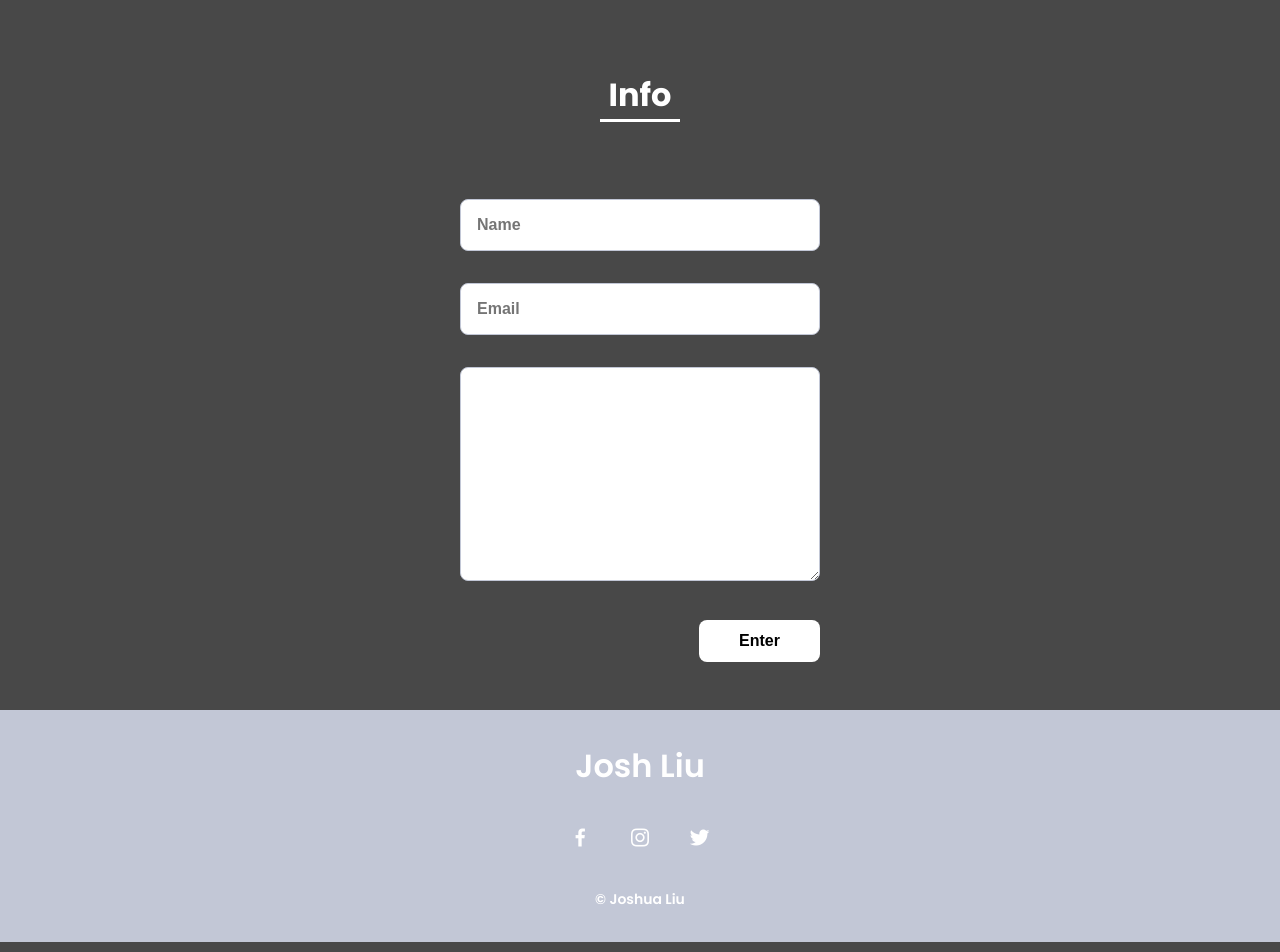
Repository: joshliu14/joshliu14.github.io
Page: index.html
The author's editor kept a copy of each file at every save. The page is drawn from the files as they stood at one save, then again after the next save.
The browser window is 1280 px wide. The pictures show the part of the page from y = 2566 to 3518 px (the page is 3518 px tall).
A picture or video elsewhere on the page could not be fetched, so the positions and the page height are approximate.

Above is the page before, as saved 2024-01-31 23:21:43.

After the next save:
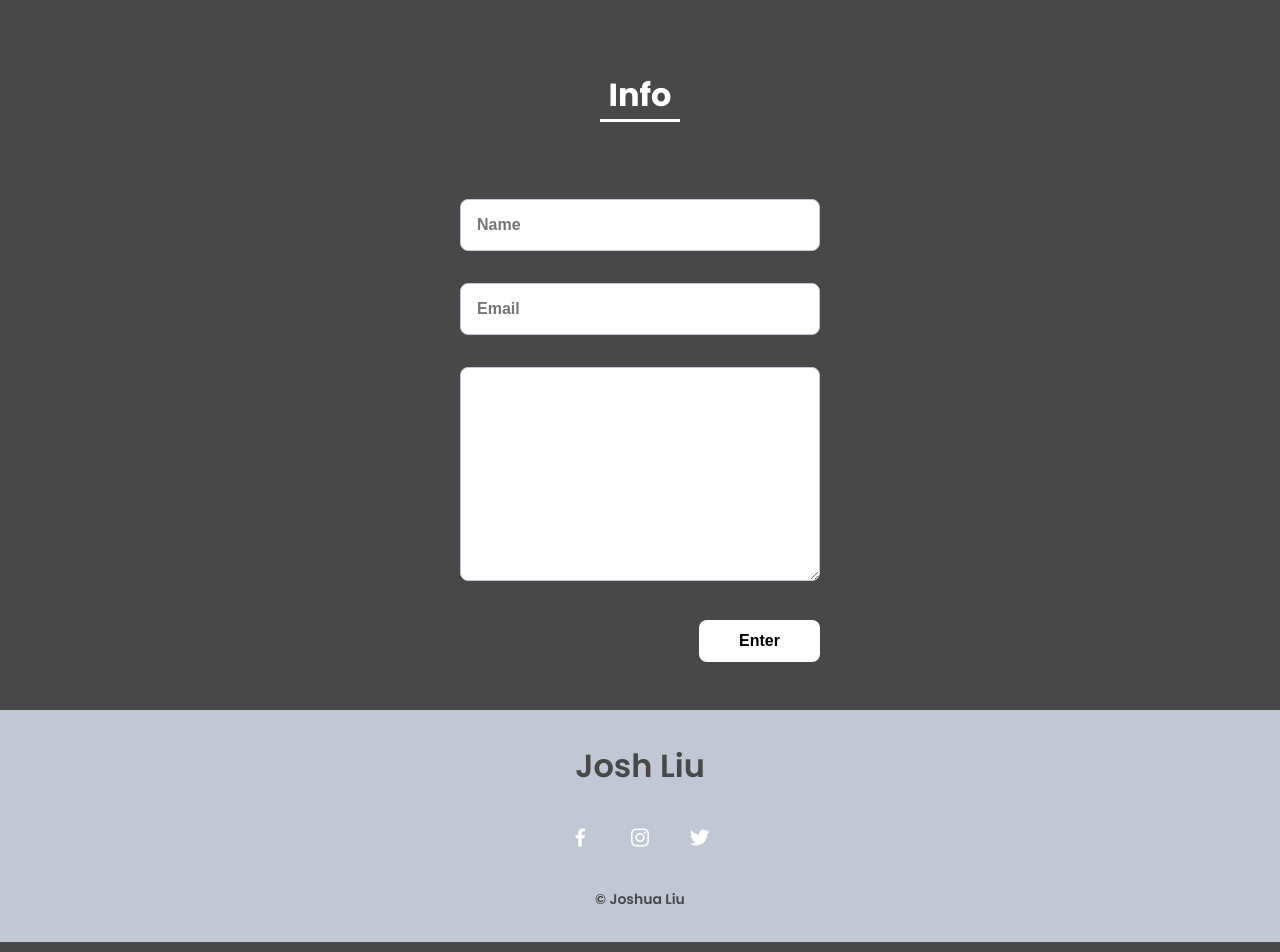
Saved 43 s later.
--- a/assets/css/web.css
+++ b/assets/css/web.css
@@ -351,7 +351,7 @@ img {
 /* ===== FOOTER =====*/
 .footer {
   background-color: var(--second-color);
-  color: #fff;
+  color: #484848;
   text-align: center;
   font-weight: var(--font-semi);
   padding: 2rem 0;
